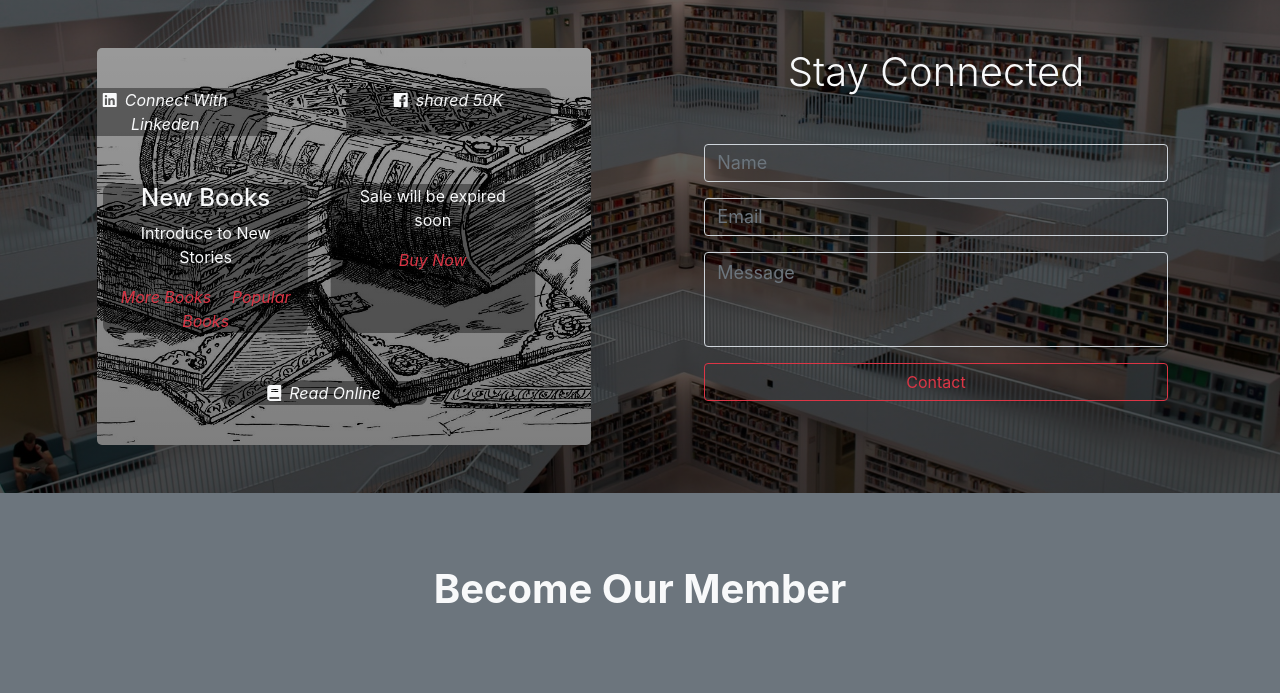
Repository: imedakrouti/BookStore
Page: index.html
These files come from the project's save history. The page is drawn as it stood at one moment and after the next save; the edit follows.
The browser window is 1280 px wide. The pictures show the part of the page from y = 4258 to 4951 px (the page is 4951 px tall before and 4887 px after).
Backgrounds fixed to the window are drawn as part of the page. Some web libraries are served in a nearby version.

Above is the page before, as saved 2020-05-08 16:25:02.

After the next save:
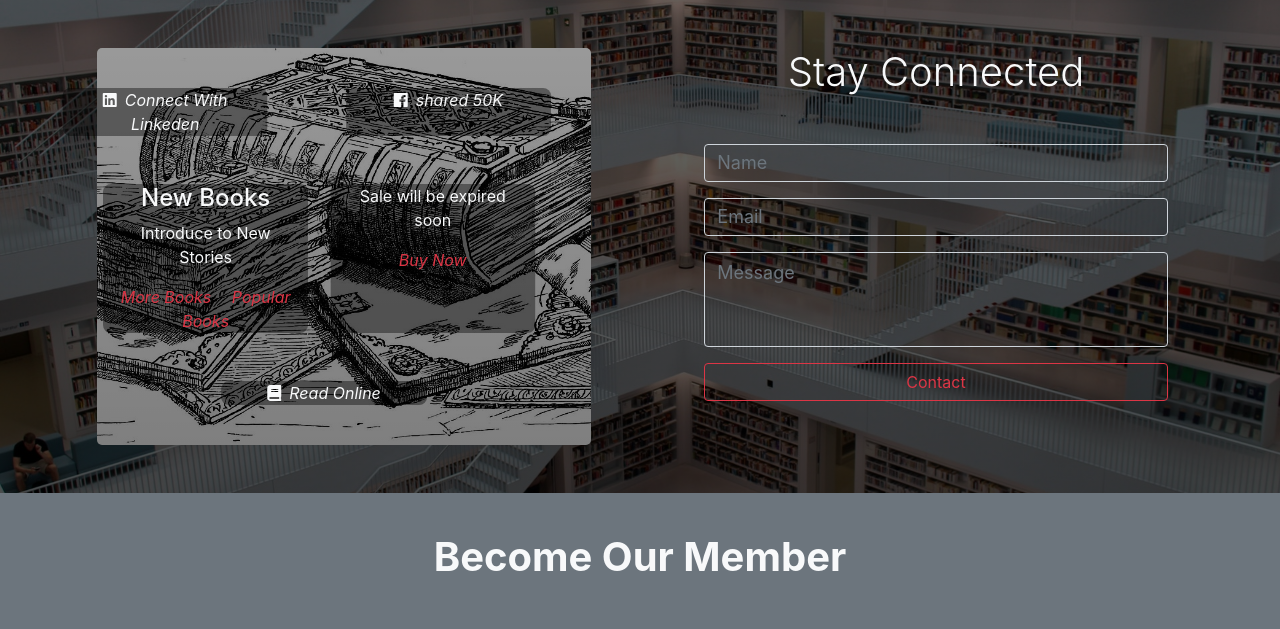
Saved 16 s later.
--- a/index.html
+++ b/index.html
@@ -364,7 +364,7 @@
         </div>
     </section>
               <!-- FOOTER -->
-      <footer class="p-5 bg-secondary">
+      <footer class="p-3 bg-secondary">
         <div class="container">
           <div class="row">
             <div class="col my-4">
